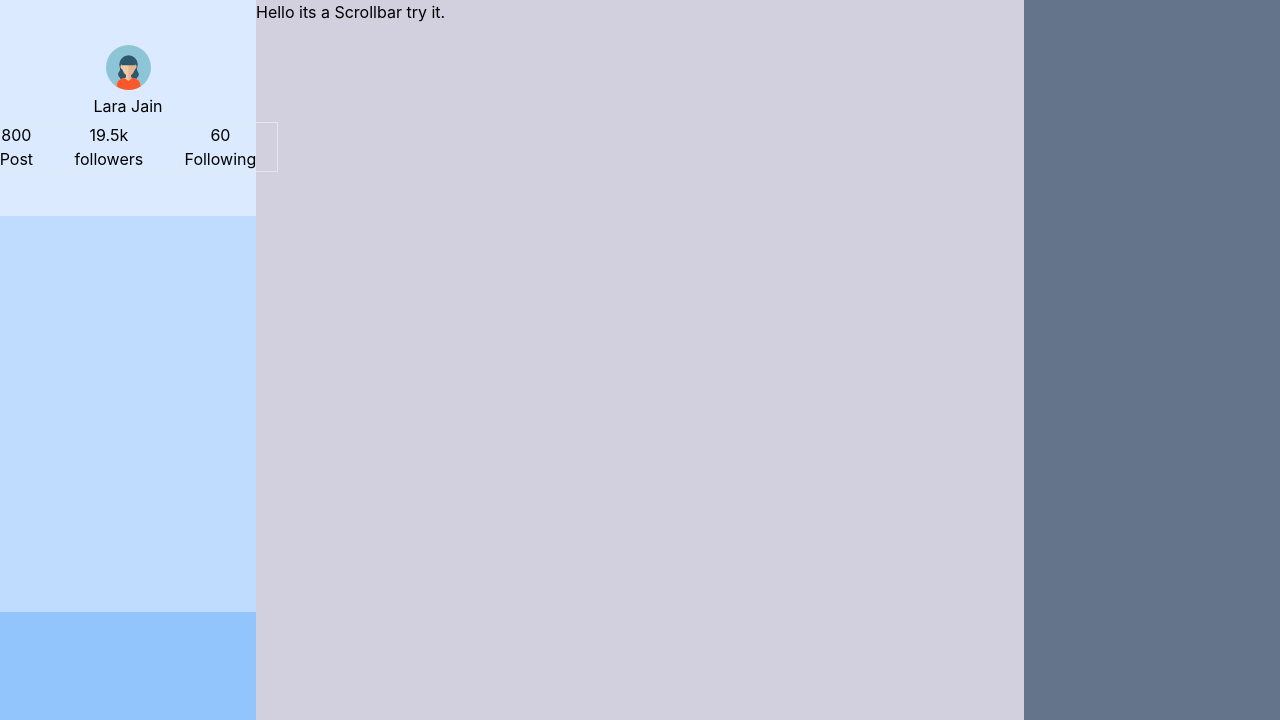
Repository: cosmicswati/upgrad-captions-project
Page: /
These files come from the project's save history. The page is drawn as it stood at one moment and after the next save; the edit follows.
The browser window is 1280 px wide. The pictures show the whole page.
An inner scrolling area shows only its first screen. The project was rebuilt for these pictures with package versions that can differ from the ones it lists, and the page was loaded fresh each time. Also part of the build but not shown: src/components/Input/index.js, src/components/Button/index.js, src/modules/Authorization/Form.jsx, src/modules/Authorization/index.js.

Above is the page before, as saved 2024-04-09 13:57:28.

### src/index.css
@tailwind base;
@tailwind components;
@tailwind utilities;

body {
  margin: 0;
  font-family: -apple-system, BlinkMacSystemFont, 'Segoe UI', 'Roboto', 'Oxygen',
    'Ubuntu', 'Cantarell', 'Fira Sans', 'Droid Sans', 'Helvetica Neue',
    sans-serif;
  -webkit-font-smoothing: antialiased;
  -moz-osx-font-smoothing: grayscale;
}

code {
  font-family: source-code-pro, Menlo, Monaco, Consolas, 'Courier New',
    monospace;
}

.scrollbar-hide::-webkit-scrollbar{
  display: none;
}

### src/App.js
import Auth from "./modules/Authorization";
import Home from "./modules/Home";


function App() {
  return (
    <div>
      {/* <Auth />  */}
      <Home />
    </div>
  );
}

export default App;

### src/modules/Home/index.js
import React from 'react'
import { ReactComponent as Avatar} from '../../assets/Avatar.svg'

const Home = () => {
  return (
    <div className='h-screen bg-[#d2cfdf]  flex overflow-hidden'>
        <div className='w-[20%] flex flex-col'>
            <div className='h-[30%] bg-blue-100 flex justify-center items-center'>
                <div className='flex flex-col justify-center items-center'>
                    <Avatar width={'45px'} height={'45px'}/>
                    <p className='my-1'>Lara Jain</p>
                    <div className='border h-[50px] flex justify-around w-[300px] text-center'>
                        <div className='flex flex-col justify-around items-center'>
                            <h4>800</h4>
                            <p>Post</p>
                        </div>
                        <div>
                            <h4>19.5k</h4>
                            <p>followers</p>
                        </div>
                        <div>
                            <h4>60</h4>
                            <p>Following</p>
                        </div>
                    </div>
                </div>
            </div>
            <div className='h-[55%] bg-blue-200'></div>
            <div className='h-[15%] bg-blue-300'></div>
        </div>
        <div className='w-[60%] overflow-scroll h-full scrollbar-hide'>
            <div className='h-[1500px]'>Hello its a Scrollbar try it.</div>
        </div>
        <div className='w-[20%] bg-slate-500'></div>
    </div>
  )
}

export default Home

### tailwind.config.js
/** @type {import('tailwindcss').Config} */
module.exports = {
 mode:'jit',
 purge: [
  './public/**/*.html',
  './src/**/*.{js,jsx,ts,tsx,vue}',
 ],
  content: [
    "./src/**/*.{js,jsx,ts,tsx}",
  ],
  theme: {
    extend: {},
  },
  plugins: [],
}

Loaded but not shown: public/index.html (common file); src/index.js (common file); src/reportWebVitals.js (common file)

After the next save:
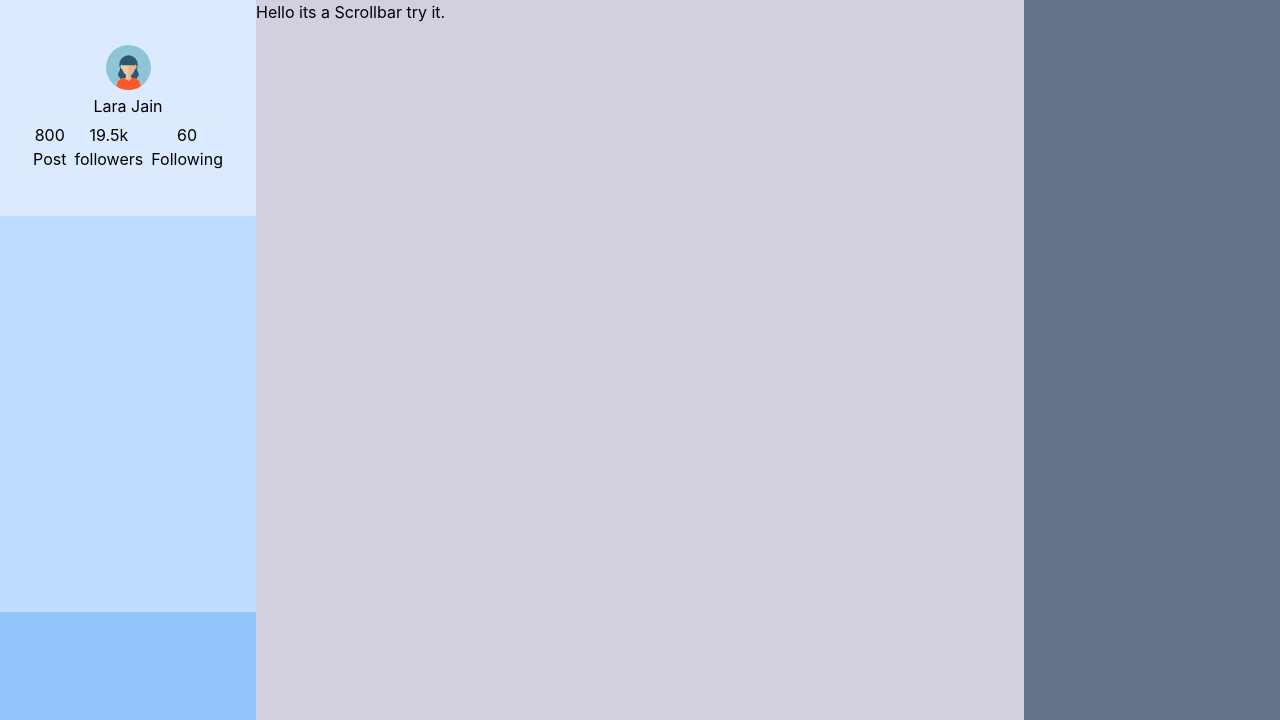
Saved 47 s later.
--- a/src/modules/Home/index.js
+++ b/src/modules/Home/index.js
@@ -9,7 +9,7 @@ const Home = () => {
                 <div className='flex flex-col justify-center items-center'>
                     <Avatar width={'45px'} height={'45px'}/>
                     <p className='my-1'>Lara Jain</p>
-                    <div className='border h-[50px] flex justify-around w-[300px] text-center'>
+                    <div className='border h-[50px] flex justify-around w-[200px] text-center'>
                         <div className='flex flex-col justify-around items-center'>
                             <h4>800</h4>
                             <p>Post</p>
